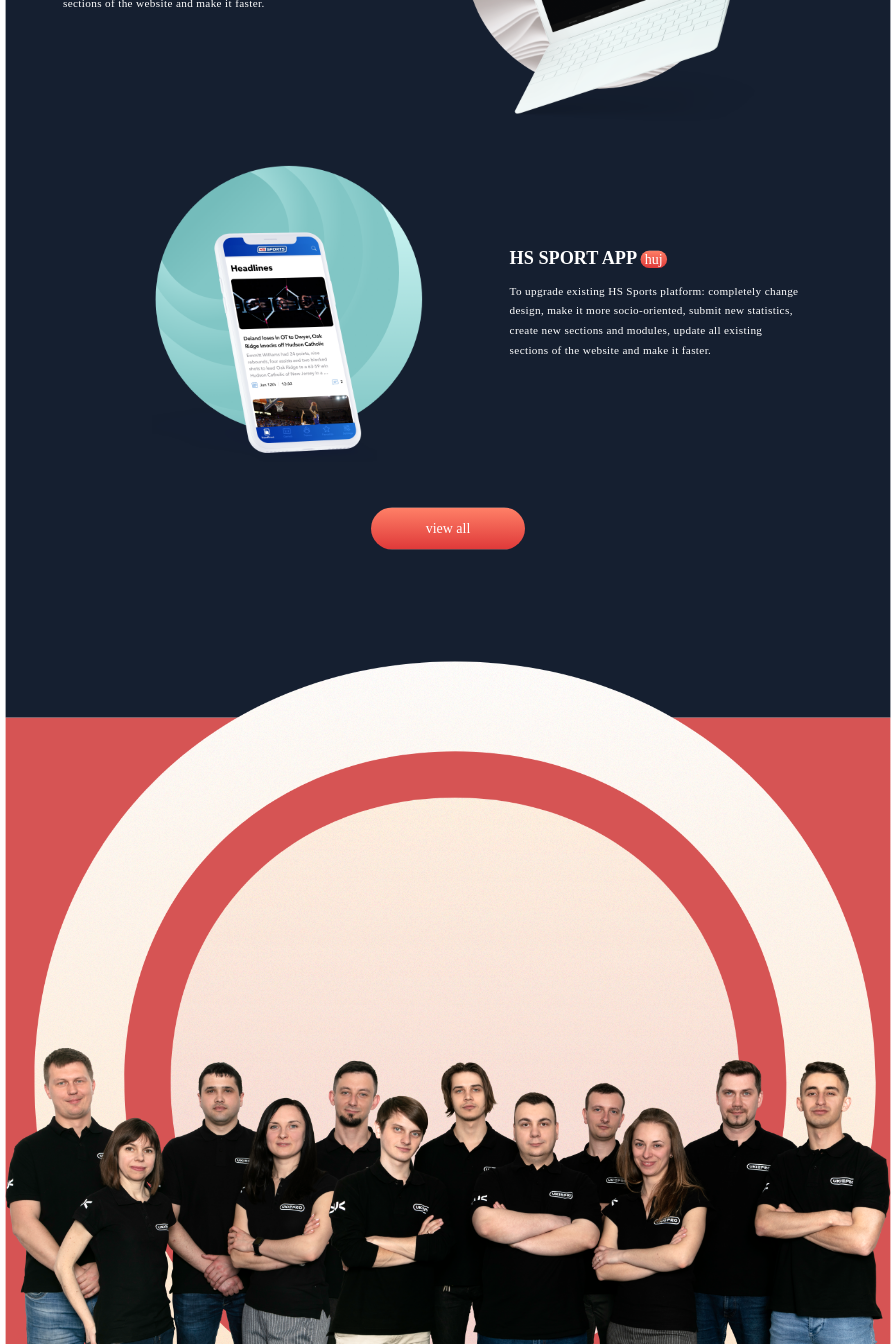
Repository: batonAnton/Ukiepro_girl
Page: MainPage.html
The author's editor kept a copy of each file at every save. The page is drawn from the files as they stood at one save, then again after the next save.
The browser window is 1280 px wide. The pictures show the part of the page from y = 4580 to 6500 px (the page is 6971 px tall before and 6580 px after), at 70% of full size.

Above is the page before, as saved 2020-03-30 16:48:03.

### MainPage.html
<!DOCTYPE html>
<html lang="en">
  <head>
    <meta charset="UTF-8" />
    <meta name="viewport" content="width=device-width, initial-scale=1.0" />
    <title>Main Page</title>
    <link rel="stylesheet" href="./Css/style.css" />
  </head>
  <body>
    <div>
      <div class="block1">
        <nav>
          <a href="">services</a>
          <a href="">about</a>
          <a href="">portfolio</a>
          <a href="">contact</a>
        </nav>
        <div class="big_logo">
          <img src="./img/Combined_Shape.png" alt="" />

          <div class="btn_block1">
            <p>
              Automating your <br />
              business is up to
            </p>

            <button>Contact us</button>
          </div>
        </div>
        <div class="girl">
          <img src="./img/girl.png" alt="" />
        </div>
      </div>

      <div class="container block2">
        <div class="block2_info">
          <div class="block2_img">
            <img src="/img/block2_logo.png" alt="" />
          </div>

          <div class="weare">
            <h1 class="h1_general">we are</h1>
            <p>
              Business is not about success but about efficiency! <br />
              We are engaged in the implementation of automated <br />
              solutions for commercially-oriented projects. We <br />
              redesign in order to save your time and money.
            </p>
            <button>More about us</button>
          </div>
        </div>

        <div class="container  three_img_info">
          <div class="same_img_info">
            <h1>designers</h1>
            <img src="./img/designer.png" alt="" />
            <p>create</p>
          </div>

          <div class="same_img_info">
            <h1>developers</h1>
            <img src="./img/developers.png" alt="" />
            <p>programme</p>
          </div>

          <div class="same_img_info">
            <h1>qa testers</h1>
            <img src="./img/qa.png" alt="" />
            <p>quality</p>
          </div>
        </div>

        <div class=" container block2_info2">
          <div class="wemake">
            <h1 class="h1_general">we make</h1>

            <p>
              New tools for organizing new approaches and principles of <br />
              work. <br />
              We create custom websites and mobile applications from <br />
              scratch. We take a new look at ready-made websites and <br />
              mobile applications. <br />
              Basically, these are business tools that organize people's <br />
              work, and help to collect and analyze information.
            </p>

            <button>Our services</button>
          </div>

          <div class="block2_img_rombo">
            <img src="/img/rombo.png" alt="" />
          </div>
        </div>

        <div class="container block2_info2 lastblock">
          <!-- <div> -->
          <h1 class="h1_general" style="margin-left: 10%;">
            technology partner for
          </h1>
          <!-- </div> -->

          <div class="same_img_info">
            <h1>co-founder</h1>
            <img src="./img/co-founder.png" alt="" />
          </div>

          <div class="same_img_info">
            <h1>
              small & medium <br />
              businesses
            </h1>
            <img src="./img/business.png" alt="" />
          </div>

          <div class="same_img_info">
            <h1>startups</h1>
            <img src="./img/startup.png" alt="" />
          </div>
        </div>
      </div>

      <!-- block3 -->

      <div class=" block3">
        <h1 class="h1_general">our projects</h1>
        <div class="container block3_same_block">
          <img src="./img/block3_1.png" alt="" />
          <div class="block3_info">
            <h1>hs sports v2.0<button class="row_btn">huj</button></h1>
            <p>
              To upgrade existing HS Sports platform: completely change <br />
              design, make it more socio-oriented, submit new statistics, <br />
              create new sections and modules, update all existing <br />
              sections of the website and make it faster.
            </p>
          </div>
        </div>

        <div class="container block3_same_block">
          <img src="./img/block3_2.png" alt="" />
          <div class="block3_info_2">
            <h1>hss recruiter<button class="row_btn">huj</button></h1>
            <p>
              To upgrade existing HS Sports platform: completely change <br />
              design, make it more socio-oriented, submit new statistics, <br />
              create new sections and modules, update all existing <br />
              sections of the website and make it faster.
            </p>
          </div>
        </div>

        <div class="container block3_same_block">
          <img src="./img/block3_3.png" alt="" />
          <div class="block3_info">
            <h1>hs sport app <button class="row_btn">huj</button></h1>
            <p>
              To upgrade existing HS Sports platform: completely change <br />
              design, make it more socio-oriented, submit new statistics, <br />
              create new sections and modules, update all existing <br />
              sections of the website and make it faster.
            </p>
          </div>
        </div>
        <button>view all</button>
      </div>

      <!-- block4 -->

      <div class="block4">
        <img src="./img/block4_people.png" alt="" />
        <div class="block4_info">
          <h1>THE TEAM</h1>
          <p>
            Talented developers. <br>
            We are the team of 25 talented and experienced developers. <br>
             We started working on a startup, we engage up to 5 programmers, 1 <br>
            QA and a manager. Thus, efficient and successful products involve 25 <br>
            people working on them.
          </p>
        </div>
      </div>
    </div>
  </body>
</html>

### Css/style.css
* {
  max-width: 100%;
}
button {
  width: 220px;
  height: 60px;
  border: none;
  border-radius: 33px;
  background-image: linear-gradient(180deg, #ff8067 0%, #df3939 100%);
  color: #ffffff;
  font-family: "Museo -700";
  font-size: 20px;
}
.container {
  max-width: 100%;
  width: 1100px;
  margin-left: auto;
  margin-right: auto;
}
.block1 {
  width: 100%;
  /* height: 920px; */
  position: relative;
  box-shadow: -8px 1px 116px rgba(0, 0, 0, 0.21);
  background-image: radial-gradient(
    circle 1673px at 29.24% 114.02%,
    #22466c 0%,
    #0e1f39 100%
  );
  /* opacity: -1; */
  z-index: 2;
}

.block1 nav {
  max-width: 100%;
  width: 1050px;
  margin-left: auto;
  margin-right: auto;
  margin-top: 0;
  padding-top: 40px;

  height: 19px;
  text-align: right;
  color: #ffffff;
  font-family: "Museo 500- Regular";
  font-size: 16px;
  font-weight: 400;
  letter-spacing: 0.89px;
}
.block1 nav a {
  width: 446px;
  height: 19px;
  color: #ffffff;
  font-family: "Museo 500- Regular";
  font-size: 16px;
  font-weight: 400;
  letter-spacing: 0.84px;
  /* Text style for "Services" */
  letter-spacing: 0.89px;
  text-transform: capitalize;
}

.block1 nav a + a {
  margin-left: 30px;
}
.big_logo {
  margin: 0 auto;
  padding-bottom: 100px;
  max-width: 100%;
  width: 1200px;
  text-align: center;
}
.block1 img {
  max-width: 100%;
  width: 1226px;
  height: 309px;
  margin: 0 auto;
  padding-top: 75px;
  margin-left: auto;
  margin-right: auto;
}

p {
  margin-block-start: 0em;
  margin-block-end: 0em;
}

.block1 p {
  width: 350px;
  height: 103px;
  opacity: 0.8;
  color: #ffffff;
  font-family: "Exo 2.0- Bold";
  font-size: 30px;
  font-weight: 700;
  letter-spacing: -0.03px;
  line-height: 40px;
}
.block1 button {
  width: 220px;
  height: 60px;
  border: none;
  border-radius: 33px;
  background-image: linear-gradient(180deg, #ff8067 0%, #df3939 100%);
  color: #ffffff;
  font-family: "Museo -700";
  font-size: 20px;
}
.btn_block1 {
  text-align: left;
  margin-left: 50px;
  margin-top: 80px;
}
.block1 button {
  margin-top: 50px;
}

.block1 .girl img {
  width: 729px;
  height: 957px;
  position: absolute;
  top: 25%;
  left: 35%;
}

.block2 {
  width: 1922px;
  /* height: 2851px; */
  padding-bottom: 300px;
  background-image: radial-gradient(
    circle 1288px at 65.32% 35.97%,
    #ff7260 0%,
    #d74f4f 100%
  );
  z-index: 0;
}
.block2_info {
  /* height: 895px; */
  width: 1200px;
  padding-bottom: 810px;
  margin-left: auto;
  margin-right: auto;
}

/* .block2_img {
  width: 1306px;
  height: 895px;
  left: -25%;
  top: 85%;
  position: absolute;
} */

.block2_img img {
  height: 895px;
  left: -45%;
  top: 120%;
  position: absolute;
}

.weare {
  float: right;
  margin: 10% 10%;
}

.weare h1 {
  height: 70px;
  color: #242f3a;
  font-family: "Exo 2.0- Bold";
  font-size: 60px;
  font-weight: 700;
  letter-spacing: 0.52px;
  text-transform: uppercase;
}

.weare p {
  height: 219px;
  /* opacity: 0.9; */
  color: #ffffff;
  font-family: "Museo 500- Regular";
  font-size: 18px;
  font-weight: 400;
  letter-spacing: 0.48px;
  line-height: 32px;
  /* Text style for "Business i" */
  font-family: "Museo -700";
}

.block2_info button {
  width: 220px;
  height: 60px;
  border-radius: 33px;
  border: 3px solid #ffffff;
}

.three_img_info {
  display: flex;
  flex-direction: row;
  padding-bottom: 100px;
}

.three_img_info h1 {
  height: 38px;
  color: #242f3a;
  font-family: "Exo 2.0- Bold";
  font-size: 32px;
  font-weight: 700;
  letter-spacing: 0.28px;
  text-transform: uppercase;
}

.same_img_info {
  width: 50%;
  text-align: center;
}

.same_img_info img {
  height: 230px;
  margin-top: 60px;
}

.same_img_info p {
  width: 50px;
  margin-top: -60%;
  transform: rotate(90deg);
  color: #ff9291;
  font-family: "Exo 2.0- Bold";
  font-size: 42px;
  font-weight: 700;
  letter-spacing: 0.37px;
  text-transform: uppercase;
}

.block2_info2 {
  display: flex;
  flex-direction: row;
  height: 895px;
  width: 1200px;
  margin-left: auto;
  margin-right: auto;
}

.wemake {
  margin: 20% 0% 0% 10%;
  width: 510px;
}
.h1_general {
  height: 70px;
  color: #242f3a;
  font-family: "Exo 2.0- Bold";
  font-size: 60px;
  font-weight: 700;
  letter-spacing: 0.52px;
  text-transform: uppercase;
}

.wemake p {
  height: 256px;
  /* opacity: 0.9; */
  color: #ffffff;
  font-family: "Museo 500- Regular";
  font-size: 14px;
  font-weight: 400;
  letter-spacing: 0.48px;
  line-height: 32px;
  /* Text style for "Business i" */
  font-family: "Museo -700";
}

.block2_info2 button {
  width: 220px;
  height: 60px;
  border-radius: 33px;
  border: 3px solid #ffffff;
}

/* rombo property */

.block2_img_rombo {
  width: 976px;
  /* height: 1479px; */
  /* left: 57%;
  top: 205%; */
  position: relative;
  overflow: hidden;
}

.block2_img_rombo img {
  margin: -12% 0% 0% 30%;
}

.same_img_info h1 {
  height: 68px;
  color: #242f3a;
  font-family: "Exo 2.0- Bold";
  font-size: 32px;
  font-weight: 700;
  letter-spacing: 0.28px;
  text-transform: uppercase;
}

.lastblock {
  flex-wrap: wrap;
  height: 400px;
}

.lastblock .same_img_info {
  flex: 1 1 30%;
  text-align: center;
}

/* block3 */
.block3 {
  width: 100%;
  /* height: 1982px; */
  background-color: #151f30;
  display: inline-block;
  text-align: center;
  padding-bottom: 240px;
  z-index: 2;
}

.block3 .h1_general {
  /* width: 424px; */
  height: 70px;
  margin-top: 140px;
  color: #f06868;
  font-family: "Exo 2.0- Bold";
  font-size: 60px;
  font-weight: 700;
  letter-spacing: -0.68px;
  text-transform: uppercase;
}

.block3_same_block {
  width: 1100px;
  display: block;
  margin-bottom: 60px;
}

.block3_info {
  float: right;
  margin-top: 100px;
  text-align: left;
}
.block3_info_2 {
  float: left;
  margin-top: 100px;
  text-align: left;
}

.block3 h1 {
  /* width: 285px; */
  height: 30px;
  color: #ffffff;
  font-family: "Exo 2.0- Bold";
  font-size: 26px;
  font-weight: 700;
  text-transform: uppercase;
}
.block3 p {
  width: 462px;
  height: 140px;
  color: #ffffff;
  font-family: "Museo 500- Regular";
  font-size: 16px;
  font-weight: 400;
  letter-spacing: 0.5px;
  line-height: 28px;
}

.block3 .row_btn {
  width: auto;
  height: auto;
}

/* block4 */

.block4 {
  background-image: radial-gradient(
    circle 518px at 51.13% 543.37%, #f17060 0%, #d65454 100%);
  text-align: center;
  z-index: 0;
}

.block4 img {
  margin-top: -80px;
  z-index: 2;
}

.block4_info{
  z-index: 0;
  position: relative;
  padding-top: -900px;
}
.block4 h1 {
height: 70px;
color: #1f3040;
font-family: "Exo 2.0- Bold";
font-size: 60px;
font-weight: 700;
letter-spacing: -0.68px;
text-transform: uppercase;
}

.block4 p{
height: 232px;
opacity: 0.85;
color: #1c2b3d;
font-family: "Museo 500- Regular";
font-size: 18px;
font-weight: 400;
letter-spacing: 0.5px;
line-height: 32px;
}

After the next save:
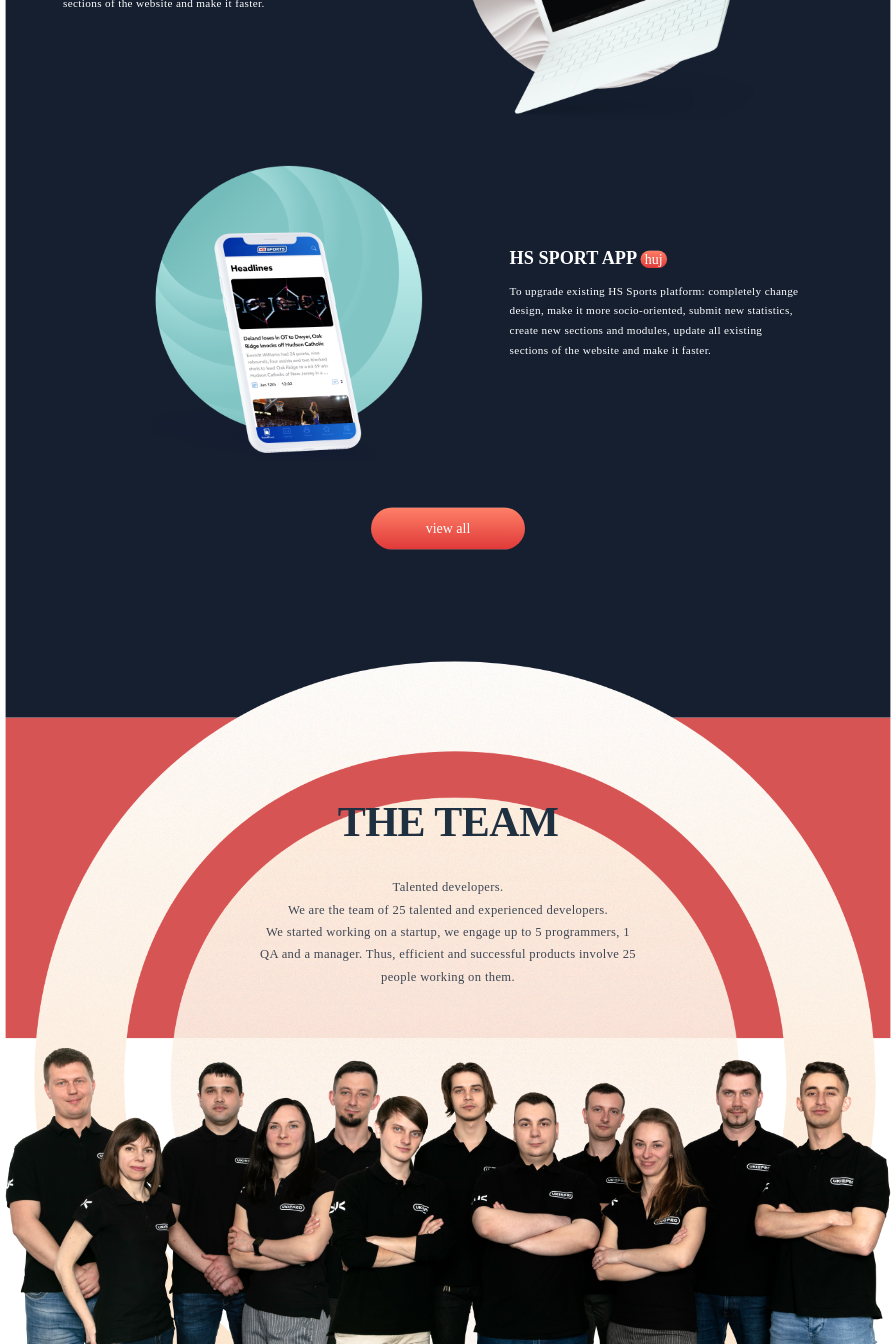
Saved 6 min 11 s later.
--- a/Css/style.css
+++ b/Css/style.css
@@ -390,7 +390,7 @@
 .block4_info{
   z-index: 0;
   position: relative;
-  padding-top: -900px;
+  margin-top: -900px;
 }
 .block4 h1 {
 height: 70px;
